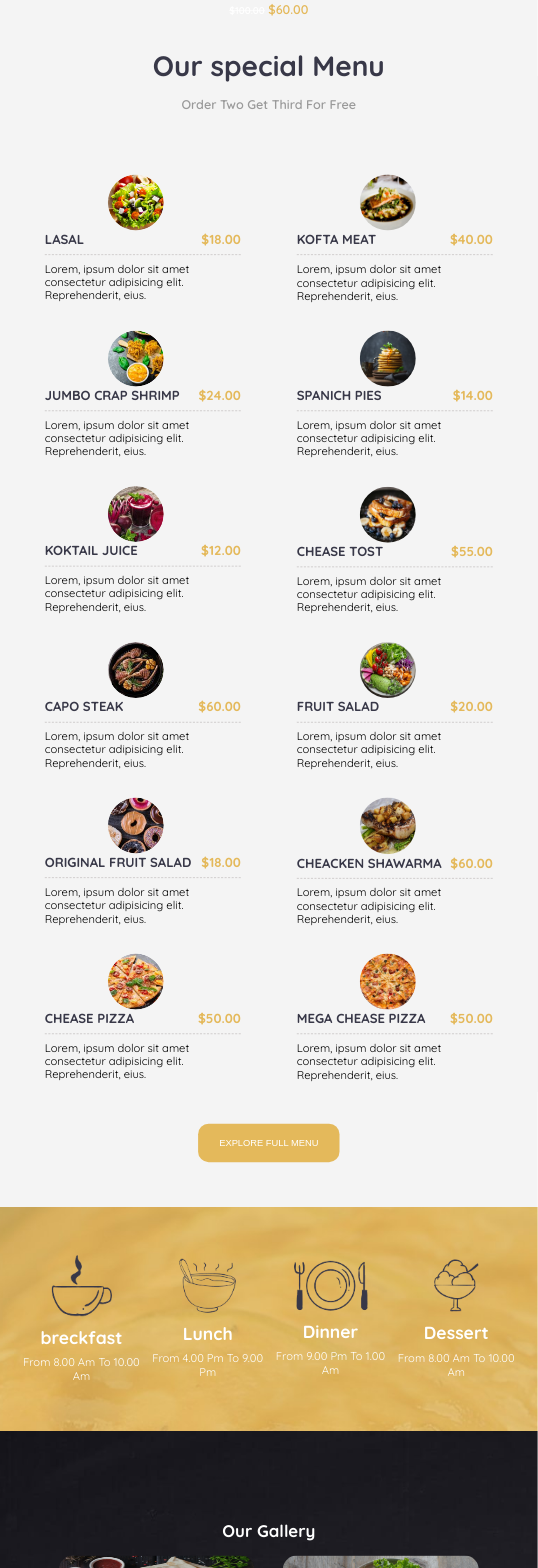
Repository: Eslam0Mohamed/Food-lover-project
Page: index.html
An editor plug-in stored every save of this project. The page is shown before and after the next save, followed by the edit.
The browser window is 768 px wide. The pictures show the part of the page from y = 2795 to 5035 px (the page is 6729 px tall before and 6913 px after), at 70% of full size.
Some web fonts or font styles are not loaded; a fallback is used.

Above is the page before, as saved 2024-03-03 15:02:45.

### index.html
<!DOCTYPE html>
<html lang="en">
  <head>
    <meta charset="UTF-8" />
    <meta name="viewport" content="width=device-width, initial-scale=1.0" />
    <title>Document</title>
    <!-- favicon  -->
    <link rel="apple-touch-icon" sizes="180x180" href="/apple-touch-icon.png">
<link rel="icon" type="image/png" sizes="32x32" href="/favicon-32x32.png">
<link rel="icon" type="image/png" sizes="16x16" href="/favicon-16x16.png">
<link rel="manifest" href="/site.webmanifest">
    <!-- link cdn fontawsome  -->
    <link
      rel="stylesheet"
      href="https://cdnjs.cloudflare.com/ajax/libs/font-awesome/6.5.1/css/all.min.css"
      integrity="sha512-DTOQO9RWCH3ppGqcWaEA1BIZOC6xxalwEsw9c2QQeAIftl+Vegovlnee1c9QX4TctnWMn13TZye+giMm8e2LwA=="
      crossorigin="anonymous"
      referrerpolicy="no-referrer"
    />
    <!-- link style file  -->
    <link rel="stylesheet" href="style.css" />
    <link rel="preconnect" href="https://fonts.googleapis.com" />
    <link rel="preconnect" href="https://fonts.gstatic.com" crossorigin />
    <link
      href="https://fonts.googleapis.com/css2?family=Cairo+Play:wght@300;400;700&family=Cairo:wght@700;800&family=Jomhuria&family=Open+Sans:wght@300;400;700&family=Poppins:ital,wght@0,200;0,300;0,400;0,500;0,600;0,900;1,400;1,700;1,800&family=Quicksand:wght@300;400;500;600;700&family=Work+Sans:ital,wght@0,200;0,300;0,400;0,500;0,700;0,900;1,600;1,800&display=swap"
      rel="stylesheet"
    />
  </head>
  <body>
    <header>
      <div id="navbar">
        <img src="images/logo.png" alt="Food Lover logo " />
        <nav>
          <ul>
            <li><a href="#Home">Home</a></li>
            <li><a href="#about">About</a></li>
            <li><a href="#menu">Menu</a></li>
            <li><a href="#gallery">Gallery</a></li>
            <li><a href="#contact">Contact</a></li>
          </ul>
        </nav>
      </div>
      <div class="content">
        <h1>
          Welcome to <span class="primary-text">Food lover</span> Resturent
        </h1>
        <p>Here you can find most delicaios food in the world</p>
        <a href="#" class="btn btn-primary">Book a table</a>
      </div>
    </header>
    <main>
      <!-- start about  -->
      <section id="about">
        <div class="container">
          <div class="title">
            <h1>This is our history</h1>
            <p>more than 10 years of experiance</p>
          </div>
          <div class="about-content">
            <div>
              <p>
                Lorem, ipsum dolor sit amet consectetur adipisicing elit.
                Pariatur architecto quod nisi explicabo numquam nulla porro
                totam, ullam amet optio deleniti iste eos fuga, est et
                necessitatibus magni sint. Aut.
              </p>
              <p>
                Lorem ipsum dolor sit, amet consectetur adipisicing elit.
                Accusamus tenetur, voluptatem accusantium, harum qui odit ea
                reprehenderit quas adipisci sit maxime officiis praesentium
                consequuntur eligendi labore explicabo aperiam maiores unde.
              </p>
              <a href="#" class="btn btn-secondry">KNOW MORE</a>
            </div>
            <img src="images/about_img.png" alt="Pizza" />
          </div>
        </div>
      </section>
      <!-- End about  -->
      <!-- start offers  -->
      <section id="offers">
        <div class="container">
          <div class="title">
            <h1>Our Offers</h1>
            <p>More than 10 years of experiance</p>
          </div>
          <div class="offers-item">
            <div>
              <img src="/images/offer1.png" alt="qattro" />
              <div class="offer-data">
                <h3>qattro pasta</h3>
                <p>
                  Lorem ipsum dolor sit amet consectetur adipisicing elit. Enim,
                  tenetur.
                </p>
                <p><del>$55.00</del><span class="primary-text">$18.00</span></p>
              </div>
            </div>
            <div>
              <img src="/images/offer2.png" alt="vegertarian pasta" />
              <div class="offer-data">
                <h3>vegertarian pasta</h3>
                <p>
                  Lorem ipsum dolor sit amet consectetur adipisicing elit.
                  Alias, ratione.
                </p>
                <p><del>$70.00</del><span class="primary-text">$30.00</span></p>
              </div>
            </div>
            <div>
              <img src="/images/offer3.png" alt="Gluten-Free pasta" />
              <div class="offer-data">
                <h3>Gluten-Free pasta</h3>
                <p>
                  Lorem ipsum dolor sit amet consectetur adipisicing elit.
                  Alias, ratione.
                </p>
                <p>
                  <del>$100.00</del><span class="primary-text">$60.00</span>
                </p>
              </div>
            </div>
          </div>
        </div>
      </section>
      <!-- end offers  -->
      <!-- menu start  -->
      <section id="menu">
        <div class="container">
          <div class="title">
            <h1>Our special Menu</h1>
            <p>Order Two Get Third For Free</p>
          </div>
          <div class="menu-items">
            <div class="menue-left">
              <div class="menu-item">
                <img src=" images/food1.png" alt="LASAL Chease" />
                <div>
                  <h3>LASAL <span class="primary-text">$18.00</span></h3>
                  <p>
                    Lorem, ipsum dolor sit amet consectetur adipisicing elit.
                    Reprehenderit, eius.
                  </p>
                </div>
              </div>
              <div class="menu-item">
                <img src="images/food2.png" alt="JUMBO CRAP SHRIMP" />
                <div>
                  <h3>
                    JUMBO CRAP SHRIMP <span class="primary-text">$24.00</span>
                  </h3>
                  <p>
                    Lorem, ipsum dolor sit amet consectetur adipisicing elit.
                    Reprehenderit, eius.
                  </p>
                </div>
              </div>
              <div class="menu-item">
                <img src="images/food3.png" alt="KOKTAIL JUICE " />
                <div>
                  <h3>
                    KOKTAIL JUICE <span class="primary-text">$12.00</span>
                  </h3>
                  <p>
                    Lorem, ipsum dolor sit amet consectetur adipisicing elit.
                    Reprehenderit, eius.
                  </p>
                </div>
              </div>
              <div class="menu-item">
                <img src="images/food4.png" alt="CAPO STEAK" />
                <div>
                  <h3>CAPO STEAK <span class="primary-text">$60.00</span></h3>
                  <p>
                    Lorem, ipsum dolor sit amet consectetur adipisicing elit.
                    Reprehenderit, eius.
                  </p>
                </div>
              </div>
              <div class="menu-item">
                <img src="images/food5.png" alt="ORIGINAL FRUIT SALAD" />
                <div>
                  <h3>
                    ORIGINAL FRUIT SALAD
                    <span class="primary-text">$18.00</span>
                  </h3>
                  <p>
                    Lorem, ipsum dolor sit amet consectetur adipisicing elit.
                    Reprehenderit, eius.
                  </p>
                </div>
              </div>
              <div class="menu-item">
                <img src="images/food6.png" alt="CHEASE PIZZA" />
                <div>
                  <h3>CHEASE PIZZA <span class="primary-text">$50.00</span></h3>
                  <p>
                    Lorem, ipsum dolor sit amet consectetur adipisicing elit.
                    Reprehenderit, eius.
                  </p>
                </div>
              </div>
            </div>
            <div class="menue-right">
              <div class="menu-item">
                <img src="images/food7.jpeg" alt="KOFTA MEAT" />
                <div>
                  <h3>KOFTA MEAT <span class="primary-text">$40.00</span></h3>
                  <p>
                    Lorem, ipsum dolor sit amet consectetur adipisicing elit.
                    Reprehenderit, eius.
                  </p>
                </div>
              </div>
              <div class="menu-item">
                <img src="images/food8.jpeg" alt="SPANICH PIES" />
                <div>
                  <h3>SPANICH PIES <span class="primary-text">$14.00</span></h3>
                  <p>
                    Lorem, ipsum dolor sit amet consectetur adipisicing elit.
                    Reprehenderit, eius.
                  </p>
                </div>
              </div>
              <div class="menu-item">
                <img src="images/food9.jpeg" alt="CHEASE TOST " />
                <div>
                  <h3>CHEASE TOST <span class="primary-text">$55.00</span></h3>
                  <p>
                    Lorem, ipsum dolor sit amet consectetur adipisicing elit.
                    Reprehenderit, eius.
                  </p>
                </div>
              </div>
              <div class="menu-item">
                <img src="images/food10.jpeg" alt="FRUIT SALAD" />
                <div>
                  <h3>FRUIT SALAD <span class="primary-text">$20.00</span></h3>
                  <p>
                    Lorem, ipsum dolor sit amet consectetur adipisicing elit.
                    Reprehenderit, eius.
                  </p>
                </div>
              </div>
              <div class="menu-item">
                <img src="images/food11.jpeg" alt="CHEACKEN SHAWARMA" />
                <div>
                  <h3>
                    CHEACKEN SHAWARMA <span class="primary-text">$60.00</span>
                  </h3>
                  <p>
                    Lorem, ipsum dolor sit amet consectetur adipisicing elit.
                    Reprehenderit, eius.
                  </p>
                </div>
              </div>
              <div class="menu-item">
                <img src="images/food12.jpeg" alt="MEGA CHEASE PIZZA" />
                <div>
                  <h3>
                    MEGA CHEASE PIZZA <span class="primary-text">$50.00</span>
                  </h3>
                  <p>
                    Lorem, ipsum dolor sit amet consectetur adipisicing elit.
                    Reprehenderit, eius.
                  </p>
                </div>
              </div>
            </div>
          </div>
          <button class="btn">EXPLORE FULL MENU</button>
        </div>
      </section>
      <!-- menu end  -->
      <!-- start daytime -->
      <section id="day-time">
        <div class="container">
          <div class="day-time-items">
            <div class="day-item">
              <img src="images/breckfastIcon.png" alt="breckfast" />
              <h3>breckfast</h3>
              <p>From 8.00 Am To 10.00 Am</p>
            </div>
            <div class="day-item">
              <img src="images/lunchIcon.png" alt="Lunch" />
              <h3>Lunch</h3>
              <p>From 4.00 Pm To 9.00 Pm</p>
            </div>

            <div class="day-item">
              <img src="images/dinnerIcon.png" alt="dinner" />
              <h3>Dinner</h3>
              <p>From 9.00 Pm To 1.00 Am</p>
            </div>
            <div class="day-item">
              <img src="images/dessertIcon.png" alt="dessert" />
              <h3>Dessert</h3>
              <p>From 8.00 Am To 10.00 Am</p>
            </div>
          </div>
        </div>
      </section>
      <!-- end daytime -->
      <!-- start Gallery -->
      <section id="gallery">
        <div class="container">
          <h1>Our Gallery</h1>
          <div class="img-gallery">
            <img src="images/gallery1.jpeg" alt="" />
            <img src="images/gallery2.jpeg" alt="" />
            <img src="images/gallery3.jpeg" alt="" />
            <img src="images/gallery4.jpeg" alt="" />
            <img src="images/gallery5.jpeg" alt="" />
            <img src="images/gallery6.jpeg" alt="" />
          </div>
        </div>
      </section>
      <!-- end Gallery -->

    <!-- start contact  -->
    <section id="contact">
      <div class="container">
        <div class="contact-content">
          <div class="contact-info">
            <div>
              <h3>ADDRESS</h3>
              <p><i class="fa-solid fa-location-dot"></i>Housary , Mosque 6 Octoper , Egypt</p>
            <p><i class="fa-solid fa-phone"></i>Phone: 01236549635</p>
            <p><i class="fa-solid fa-envelope"></i>Support@FoodLover.com</p>
            </div>
            <div>
                <h3>WORKING HOURS</h3>
                <p>From 8:00 am To 11:00 pm At Weekdays</p>
                <p>From 11:00 am To 1:00 1:00 am At Weekends</p>
            </div>
            <div>
                <h3>FOLLOW US</h3>
                <a href="#"><i class="fa-brands fa-facebook"></i></a>
                <a href="#"><i class="fa-brands fa-twitter"></i></a>
                <a href="#"><i class="fa-brands fa-youtube"></i></a>
                <a href="#"><i class="fa-brands fa-instagram"></i></a>
              </div>
          </div>

          <div>
            <form action="">
                <input type="'text'" placeholder="Full Nmae" required>
                <input type="'Email'" placeholder="Email Address" required>
                <input type="'text'" placeholder=" Subject" required>
                <textarea name="message" id="message"placeholder="Message" cols="30" rows="5"></textarea>
          <button class="btn">Submit</button>
            </form>
          </div>
        </div>
      </div>
    </section>
</main>
<section id="footer">
    <p>copyrights &copy; All rights reserved || Made By <b> <a href="https//EslamMohamed.com" target="_blank"> Eslam Mohamed</a></b></p>
</section>
    <!-- end contact  -->
  </body>
</html>

### style.css
* {
    padding: 0;
    margin: 0;
    list-style: none;
    box-sizing: border-box;

}
html{
    scroll-behavior: smooth;
}

@media (min-width: 768px) {
    .container {
        width: 750px;
    }
}

/* Medium */
@media (min-width: 992px) {
    .container {
        width: 970px;
    }
}

/* Large */
@media (min-width: 1200px) {
    .container {
        width: 1170px;
    }
}

/* utalitiy classes  */
.primary-text {
    color: #e4b95b;
}

.btn {
    display: inline-block;
    padding: 20px 30px;
    border: none;
    border-radius: 15px;
}

.btn-primary {
    color: white;
    border: 1px solid white;
}

.btn-primary:hover,
.btn-secondry:hover {
    background-color: #e4b95b;
}

header {
    height: 100vh;
    background-image: url('/images/home_bg.jpeg');
    background-size: cover;
    background-position: center center;
    background-repeat: no-repeat;
    position: relative;
}
@media (max-width:768px) {
    header #navbar img {
    margin-left: 0px;

    }
    header #navbar{
        display: flex;
        justify-content: center;
    }
    header #navbar ul{
        margin-right: 20px;
    }
    header #navbar ul li{
        padding: 10px 10px;

    }
    header .content h1{
        font-size: 20px;
    }
    header .content p{
        font-size: 16px;
        text-align: center;
    }
    .about-content{
        display: flex;
        flex-direction: column;
        flex-wrap: wrap;
    }
    .about-content img{
max-width: 100%;
margin-bottom: 200px;
    }
    #about .container .title h1{
        margin-top: 100px;
    }
    #about .container .btn-secondry{
        margin-bottom: 20px;
    }
    #offers{
        padding-top: 50px;
        padding-bottom: 50px;

    }
    #offers .offers-item{
display: flex;
flex-direction: column;
    }
    #menu h1{
        padding-top: 80px;
    }
    #menu .menu-item{
        display: flex;
        flex-direction: column;
    }
  }
header::before {
    content: "";
    position: absolute;
    top: 0;
    left: 0;
    width: 100%;
    height: 100%;
    background-color: rgb(0, 0, 0, 0.6);
}

header * {
    z-index: 10;
}

a {
    text-decoration: none;
}

body {
    font-family: 'Quicksand', sans-serif;
}

#navbar {
    display: flex;
    justify-content: space-between;
    /* background-color: red; */
    align-items: center;

}

#navbar img {
    width: 80px;
    margin-left: 100px;
}

#navbar ul {
    display: flex;
    margin-right: 100px;
}

#navbar ul li {
    padding: 20px 20px;
}

#navbar ul li a {
    color: white;
    font-weight: 600;
}

#navbar ul li a:hover {
    border-bottom: 2px solid #e4b95b;
}

.content {
    display: flex;
    flex-direction: column;
    align-items: center;
    justify-content: center;
    height: 75%;
    /* background-color: bisque; */
}

.content h1 {
    font-size: 40px;
    color: white;
}

.content p {
    color: white;
    font-size: 18px;
    margin: 20px 0;
}

.container {
    padding-left: 15px;
    padding-right: 15px;
    margin-right: auto;
    margin-left: auto;
}

#about {
    display: flex;
    justify-content: center;
    align-items: center;
    height: 80vh;
}

#about .title,
#offers .title,
#menu .title
 {
    text-align: center;
    /* margin-top: 5rem; */
    margin-bottom: 3rem;
}

#about .title h1,
#menu .title h1 {
    margin-bottom: 20px;
    font-size: 40px;
    color: #383848;
}

#about .title p,
#menu .title p {
    font-size: 18px;
    color: #9a9a9a;
    font-weight: 600;
}

#about .container .about-content {
    display: flex;
    justify-content: space-between;
    /* align-items: center; */
}

#about .container .about-content img {
    width: 450px;
}

#about .container .about-content p {
    color: #9a9a9a;
    line-height: 1.6;
    margin-right: 4rem;
    font-weight: 500;
}

.btn-secondry {
    margin-top: 2rem;
    color: white;
    background-color: #383848;
}

/* start offers  */
#offers {
    height: 160vh;
    display: flex;
    justify-content: center;
    /* align-items: center; */
    background-image: url('images/offer-background.jpg');
    background-position: center center;
    background-size: cover;
}

#offers .title h1 {
    margin-top: 30px;
    margin-bottom: 20px;
    font-size: 40px;
    color: #e4b95b;
}

#offers .title p {
    color: white;
    font-weight: 500;
}

#offers .offers-item {
    display: flex;
    justify-content: center;
    align-items: center;
    text-align: center;
}

#offers .offers-item img {
    width: 200px;
}

#offers .offers-item .offer-data {
    margin-top: 10px;
}

#offers .offers-item .offer-data h3 {
    margin-bottom: 10px;
    color: white;
    font-size: 30px;
}

#offers .offers-item p {
    width: 300px;
    color: white;
    line-height: 1.7;
    font-weight: 600;
    font-size: 14px;
    padding: 0 20px;
    margin-bottom: 15px;
}

#offers .offers-item span {
    font-size: 18px;
    margin-left: 5px;
}

/* end offers  */
#menu {
    background-color: #f4f4f4;
    padding: 4rem 0;

}

#menu .menu-items {
    display: flex;
    justify-content: center;
}

#menu .menu-items .menu-item {
    display: flex;
    justify-content: center;
    margin: 40px;
    align-items: center;
}

#menu .menu-items .menu-item img {
    width: 80px;
    border-radius: 50%;
    margin-right: 20px;
}

#menu .menu-items .menu-item h3 {
    color: #383848;
    border-bottom: 1px dashed #c2bdbd;
    padding-bottom: 10px;
    position: relative;
}

#menu .menu-items .menu-item span {
    position: absolute;
    top: 0;
    right: 0;

}

#menu .menu-items .menu-item p {
    margin-top: 10px;
    line-height: 1.2;
}

#menu .btn {
    background-color: #e4b95b;
    color: white;
    cursor: pointer;
    display: block;
    margin: 20px auto 0;

}

#menu .btn:hover {
    background-color: #383848;
}

#day-time {
    background-image: url('images/daytime_bg.jpeg');
    background-position: center center;
    background-size: fixed;
    color: white;
    text-align: center;
}

.day-time-items {
    display: flex;
    justify-content: space-evenly;
    align-items: center;
    height: 40vh;
}

#day-time .day-time-items .day-item h3 {
    margin-top: 10px;
    margin-bottom: 10px;
    font-size: 25px;
}

/* <!-- start Gallery --> */
#gallery{
background-image: url('images/offer-background.jpg');
padding: 8rem 0;
text-align: center;
}
#gallery .img-gallery{
    /* display: grid;
    grid-template-columns: 300px 300px 300px;
    gap: 25px; */
    display: flex;
    justify-content: center;
    align-items: center;
    flex-wrap: wrap;

}

#gallery .img-gallery img{
    width: 280px;
    height: 200px;
    border-radius: 20px;
    margin: 20px;
    opacity: 0.8;
}
#gallery .img-gallery img:hover{
    opacity: 1;
}
#gallery h1{
    color: white;
    text-align: center;
}

/* <!-- end Gallery --> */
/* start contact */
#contact{
    background-color:#f4f4f4 ;
    padding: 5rem 0;
}
#conatact .container{
    max-width: 900px;
}
#contact .contact-content{
    display: flex;
    justify-content: space-evenly;
    align-items: center;
}
#contact .contact-content .contact-info{
    flex-basis: 50%;
}
#contact .contact-content .contact-info div{
    margin: 30px 0;
    line-height: 1.7;

}
#contact .contact-content .contact-info div h3{
    font-size: 25px;
    color: #383848 ;
}
#contact .contact-content .contact-info div p{
    color: #9a9a9a;

}
#contact .contact-content .contact-info div i{
    margin-right: 8px;
    color: #e4b95b;
}
#contact .contact-content .contact-info div a i{
    color: white;
    background-color: #383848;
    font-size: 30px;
    padding: 15px;
    margin-top: 10px;
    border-radius: 50%;
}
#contact .contact-content .contact-info div a i:hover{
    background-color: #e4b95b;
}
#contact .contact-content form{
    width: 50%;
}
#contact .contact-content form input,
#contact .contact-content form textarea
{
    width: 100%;
    padding: 20px 15px;
    margin: 20px 0;
    background-color: #e3e2dd;
    border-radius: 20px;
}
#contact .contact-content form .btn{
    background-color: #383848;
}
/* end contact */
#footer{
background-color: #383848;
text-align: center;
color: white;
padding: 15px 0;
font-size: 14px;
}
#footer a{
    color: white;
}

After the next save:
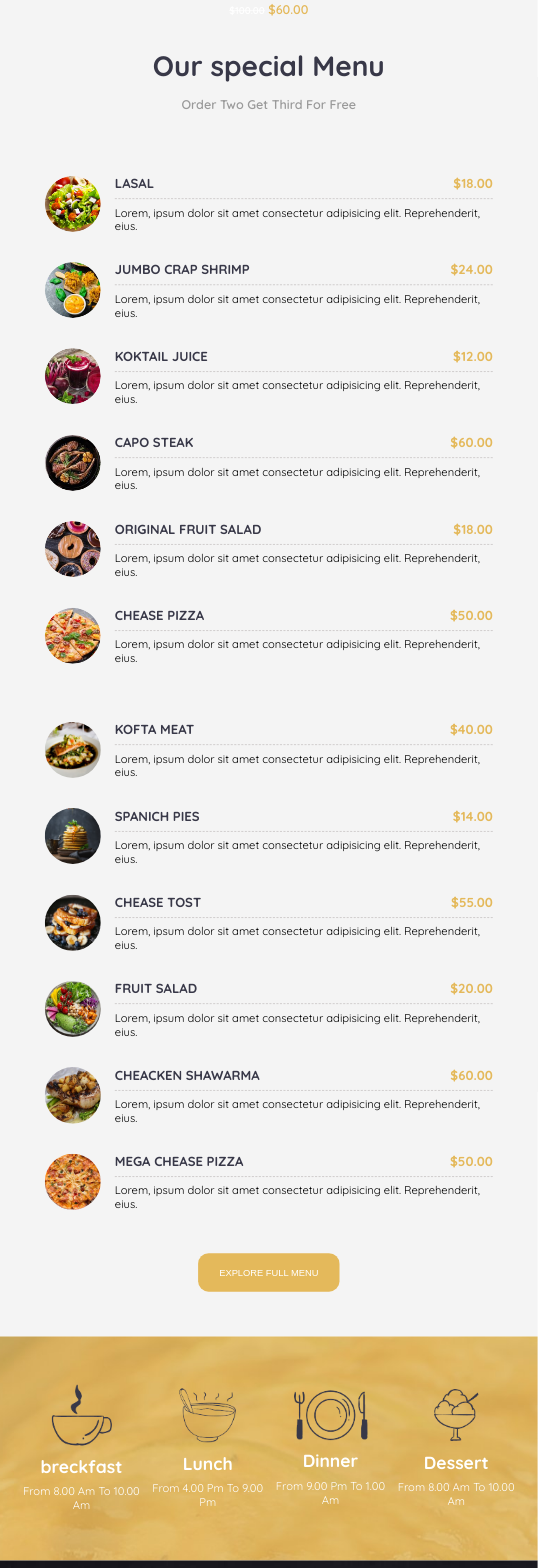
Saved 21 s later.
--- a/style.css
+++ b/style.css
@@ -109,7 +109,7 @@ flex-direction: column;
     #menu h1{
         padding-top: 80px;
     }
-    #menu .menu-item{
+    #menu .menu-items{
         display: flex;
         flex-direction: column;
     }
